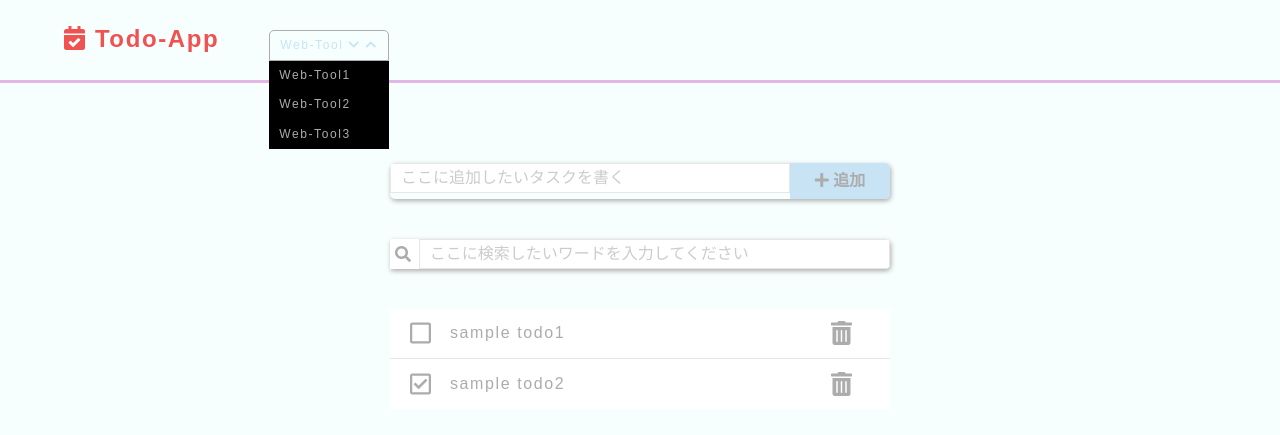
Repository: Hiroshii-m/todo_vue
Page: index.html
The author's editor kept a copy of each file at every save. The page is drawn from the files as they stood at one save, then again after the next save.
The browser window is 1280 px wide. The pictures show the whole page.
The style sheet was rebuilt from its Sass, Less or Tailwind sources for each picture, by a compiler version that may differ from the author's.

Above is the page before, as saved 2021-06-26 21:03:34.

After the next save:
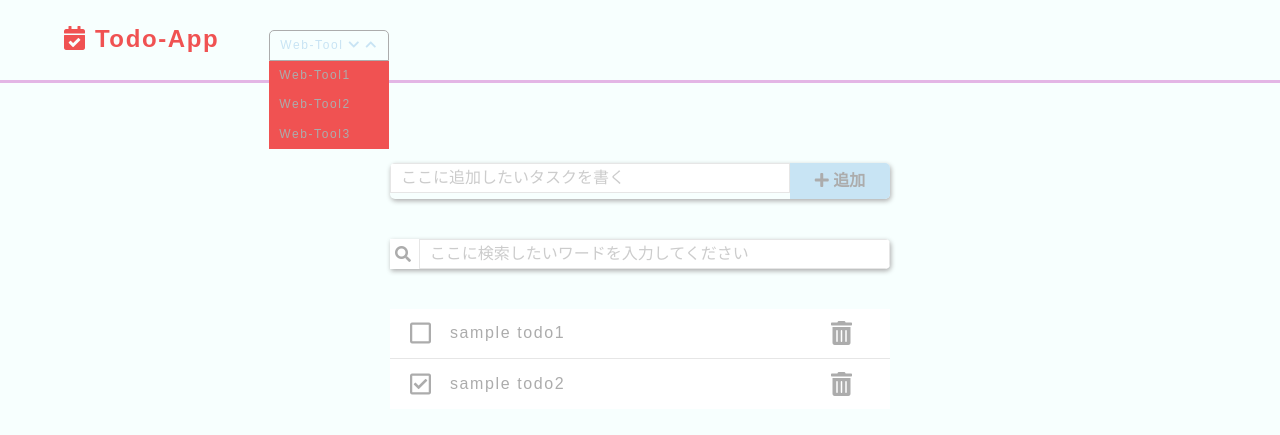
Saved 23 s later.
--- a/src/scss/style.scss
+++ b/src/scss/style.scss
@@ -58,7 +58,7 @@
         }
     }
     &__item {
-        background: #000;
+        background: var(--color_red);
         padding: var(--space_s) var(--space_m);
     }
 }
